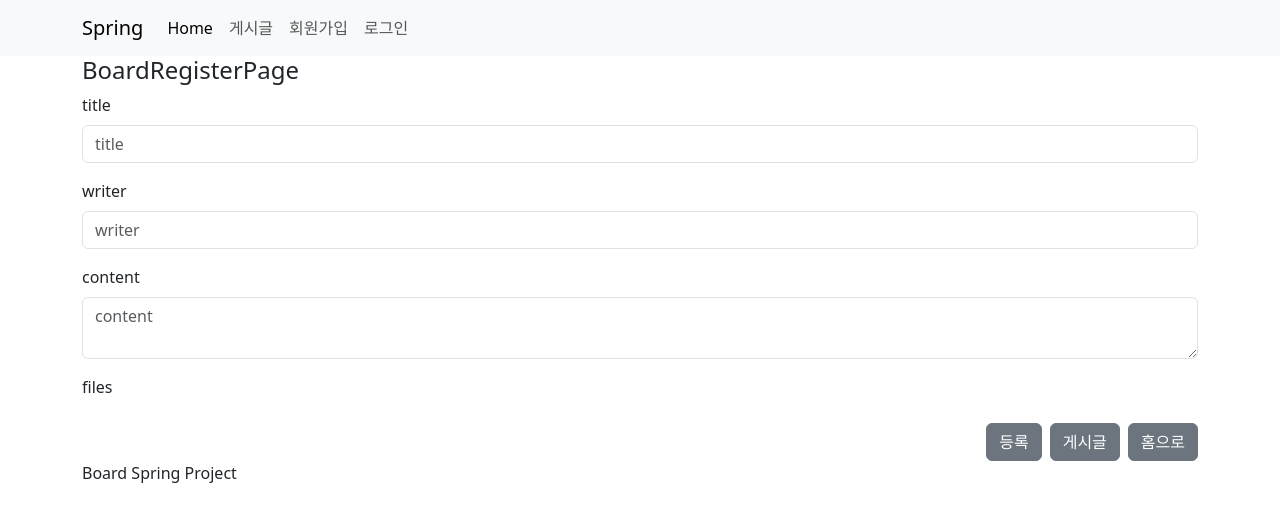
Repository: dasberaht/240430_SPRING_PROJECT
Page: http://localhost/spring_study/WEB-INF/views/board/register.jsp
The author's editor kept a copy of each file at every save. The page is drawn from the files as they stood at one save, then again after the next save.
The browser window is 1280 px wide. The pictures show the whole page.
The page is served by Tomcat 9. Nobody is signed in. The template is opened directly, without the code that normally fills it, so the values that code supplies are empty.

Above is the page before, as saved 2024-04-29 01:35:13.

### spring_study/src/main/webapp/WEB-INF/views/board/register.jsp
<%@ page language="java" contentType="text/html; charset=UTF-8"
    pageEncoding="UTF-8"%>
<!DOCTYPE html>
<html>
<head>
<meta charset="UTF-8">
<title>Insert title here</title>
</head>
<body>
<jsp:include page="../layout/header.jsp" />
<div class="container-md">
	<h4>BoardRegisterPage</h4>
	<div>
		<form action="/board/insert" method="post" enctype="multipart/form-data">
			<div class="mb-3">
			  <label for="t" class="form-label">title</label>
			  <input type="text" class="form-control" name="title" id="t" placeholder="title">
			</div>
			<div class="mb-3">
			  <label for="w" class="form-label">writer</label>
			  <input type="text" class="form-control" name="writer" id="w" placeholder="writer" value="${ses.id }" readonly="readonly">
			</div>
			<div class="mb-3">
			  <label for="c" class="form-label">content</label>
			  <textarea class="form-control"  aria-label="With textarea" id="c" name="content" placeholder="content"></textarea>
			</div>

			<!-- file 입력 라인 -->
			<div class="mb-3">
			  <label for="file" class="form-label">files</label>
			  <input type="file" class="form-control" name="files" id="file" multiple="multiple" style="display: none">
			</div>

			<div class="d-grid gap-2 d-md-flex justify-content-md-end">
			<button type="submit" class="btn btn-secondary">등록</button>
			<a href="/board/list"><button type="button" class="btn btn-secondary">게시글</button></a>
			<a href="/"><button type="button" class="btn btn-secondary">홈으로</button></a>
			</div>
		</form>
	</div>
</div>

<jsp:include page="../layout/footer.jsp" />
</body>
</html>

### spring_study/src/main/webapp/WEB-INF/views/layout/header.jsp
<%@ page language="java" contentType="text/html; charset=UTF-8"
    pageEncoding="UTF-8"%>
    <%@ taglib uri="http://java.sun.com/jsp/jstl/core" prefix="c" %>
<!DOCTYPE html>
<html>
<head>
<meta charset="UTF-8">
<title>header.jsp</title>
<link href="https://cdn.jsdelivr.net/npm/bootstrap@5.3.3/dist/css/bootstrap.min.css" rel="stylesheet" integrity="sha384-QWTKZyjpPEjISv5WaRU9OFeRpok6YctnYmDr5pNlyT2bRjXh0JMhjY6hW+ALEwIH" crossorigin="anonymous">
<script src="https://cdn.jsdelivr.net/npm/bootstrap@5.3.3/dist/js/bootstrap.bundle.min.js" integrity="sha384-YvpcrYf0tY3lHB60NNkmXc5s9fDVZLESaAA55NDzOxhy9GkcIdslK1eN7N6jIeHz" crossorigin="anonymous"></script>
</head>
<body>
<!-- 부트스트랩 네비게이션 바 참고 -->
<nav class="navbar navbar-expand-lg bg-body-tertiary">
  <!-- <div class="container-fluid"> -->
  <div class="container-md">
    <a class="navbar-brand" href="/">Spring</a>
    <button class="navbar-toggler" type="button" data-bs-toggle="collapse" data-bs-target="#navbarSupportedContent" aria-controls="navbarSupportedContent" aria-expanded="false" aria-label="Toggle navigation">
      <span class="navbar-toggler-icon"></span>
    </button>
    <div class="collapse navbar-collapse" id="navbarSupportedContent">
      <ul class="navbar-nav me-auto mb-2 mb-lg-0">
        <li class="nav-item">
          <a class="nav-link active" aria-current="page" href="/">Home</a>
        </li>
        <li class="nav-item">
          <a class="nav-link" href="/board/list">게시글</a>
        </li>

        <c:if test="${ses.id == null }">
        <li class="nav-item">
          <a class="nav-link" href="/member/register">회원가입</a>
        </li>
        <li class="nav-item">
          <a class="nav-link" href="/member/login">로그인</a>
        </li>
        </c:if>

        <c:if test="${ses.id != null }">
        <li class="nav-item">
          <a class="nav-link" href="/board/register">글쓰기</a>
        </li>
        <li class="nav-item">
          <a class="nav-link" href="/member/modify">${ses.id}(${ses.email })</a>
        </li>
        <li class="nav-item">
          <a class="nav-link" href="/member/logout">로그아웃</a>
        </li>
        </c:if>

      </ul>
    </div>
  </div>
</nav>

### spring_study/src/main/webapp/WEB-INF/views/layout/footer.jsp
<%@ page language="java" contentType="text/html; charset=UTF-8"
    pageEncoding="UTF-8"%>
<!DOCTYPE html>

<title>footer.jsp</title>
	<div class="container-md">
		Board Spring Project ${serverTime }
	</div>

</body>
</html>

After the next save:
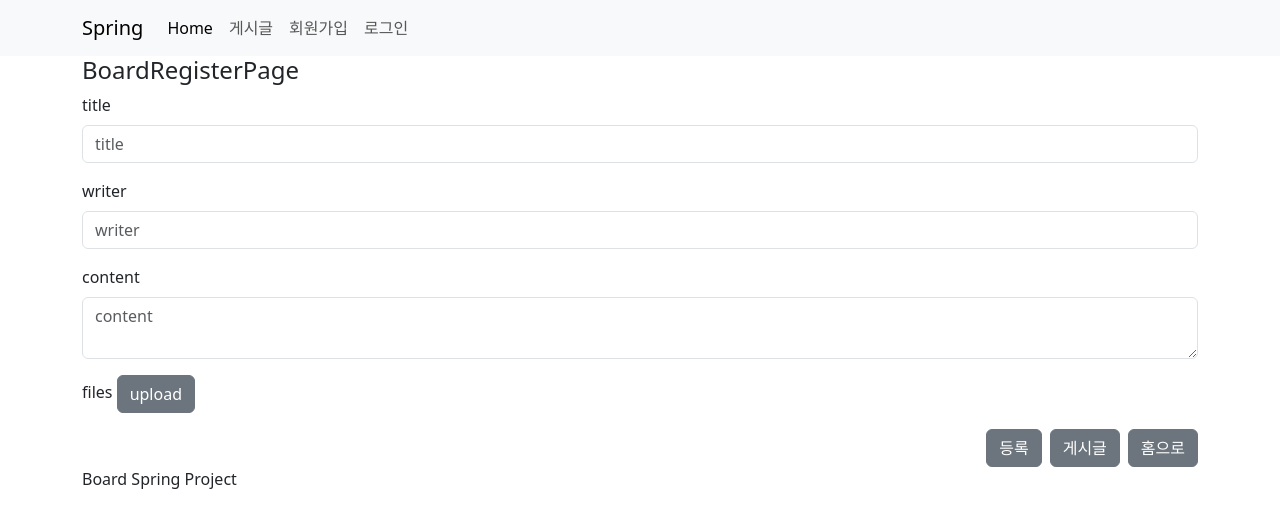
Saved 40 s later.
--- a/spring_study/src/main/webapp/WEB-INF/views/board/register.jsp
+++ b/spring_study/src/main/webapp/WEB-INF/views/board/register.jsp
@@ -29,6 +29,7 @@
 			<div class="mb-3">
 			  <label for="file" class="form-label">files</label>
 			  <input type="file" class="form-control" name="files" id="file" multiple="multiple" style="display: none">
+			  <button type="button" class="btn btn-secondary">upload</button>
 			</div>
 
 			<div class="d-grid gap-2 d-md-flex justify-content-md-end">
